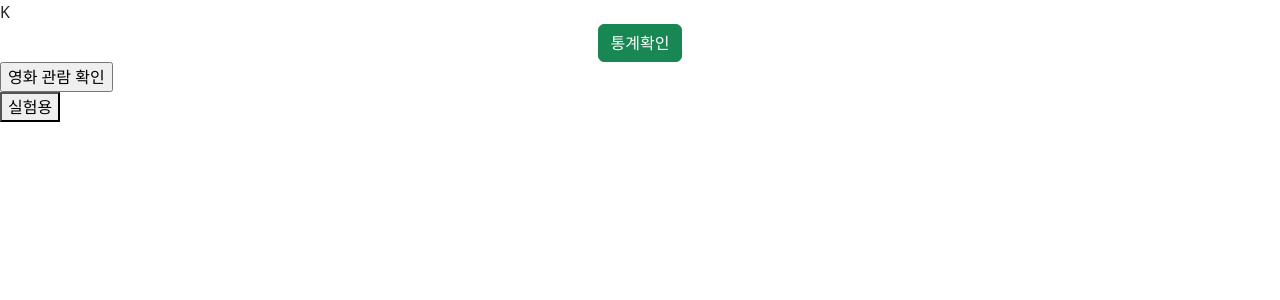
Repository: Hugh-KR/AccountBook
Page: http://localhost/Account_Book/calendar.jsp
An editor plug-in stored every save of this project. The page is shown before and after the next save, followed by the edit.
The browser window is 1280 px wide. The pictures show the whole page.
The page is served by Tomcat 9. Nobody is signed in. The application's start-up code is not run. Other server files are loaded and not shown.

Above is the page before, as saved 2022-12-10 11:10:17.

### Account_Book/src/main/webapp/calendar.jsp
<%@ page language="java" contentType="text/html; charset=UTF-8"
    pageEncoding="UTF-8"%>
<!DOCTYPE html>
<html>
<head>
<meta charset="UTF-8">
<title>캘린더조회</title>
<link href="https://cdn.jsdelivr.net/npm/bootstrap@5.2.3/dist/css/bootstrap.min.css" rel="stylesheet">
  <script src="https://cdn.jsdelivr.net/npm/bootstrap@5.2.3/dist/js/bootstrap.bundle.min.js"></script>
<script src="https://ajax.googleapis.com/ajax/libs/jquery/3.6.1/jquery.min.js">
</script>
</head>
<body>
K

<div style="text-align: center; margin:0 auto;">
<form action="statistics">
<button class="btn btn-success">통계확인</button>
</form>
</div>

<!-- <form action="daylist">
날짜 <input name="paydate">
<button >날짜별 확인</button>
</form> -->
<!--<a id="daylist">응애</a>  -->
<input id="daylist" type ="button" value="영화 관람 확인"><br>
<div id="result"></div>
<form action="yeah">
<button>실험용</button>
</form>
</body>
</html>

After the next save:
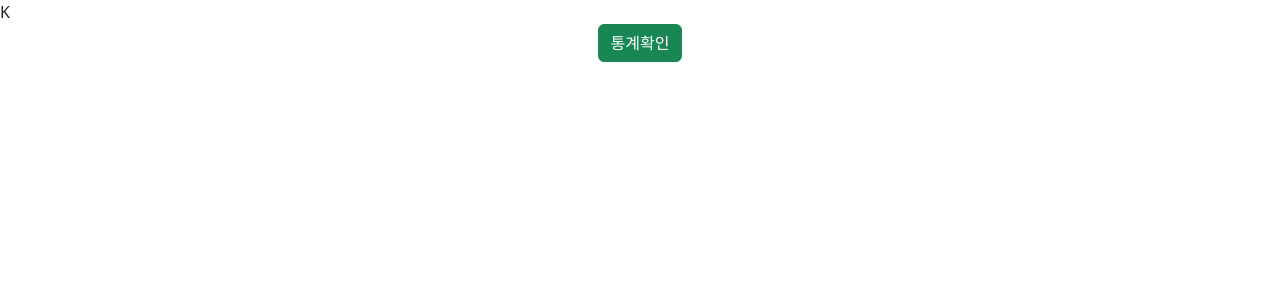
Saved 12 min 34 s later.
--- a/Account_Book/src/main/webapp/calendar.jsp
+++ b/Account_Book/src/main/webapp/calendar.jsp
@@ -19,15 +19,5 @@ K
 </form>
 </div>
 
-<!-- <form action="daylist">
-날짜 <input name="paydate">
-<button >날짜별 확인</button>
-</form> -->
-<!--<a id="daylist">응애</a>  -->
-<input id="daylist" type ="button" value="영화 관람 확인"><br>
-<div id="result"></div>
-<form action="yeah">
-<button>실험용</button>
-</form>
 </body>
 </html>
